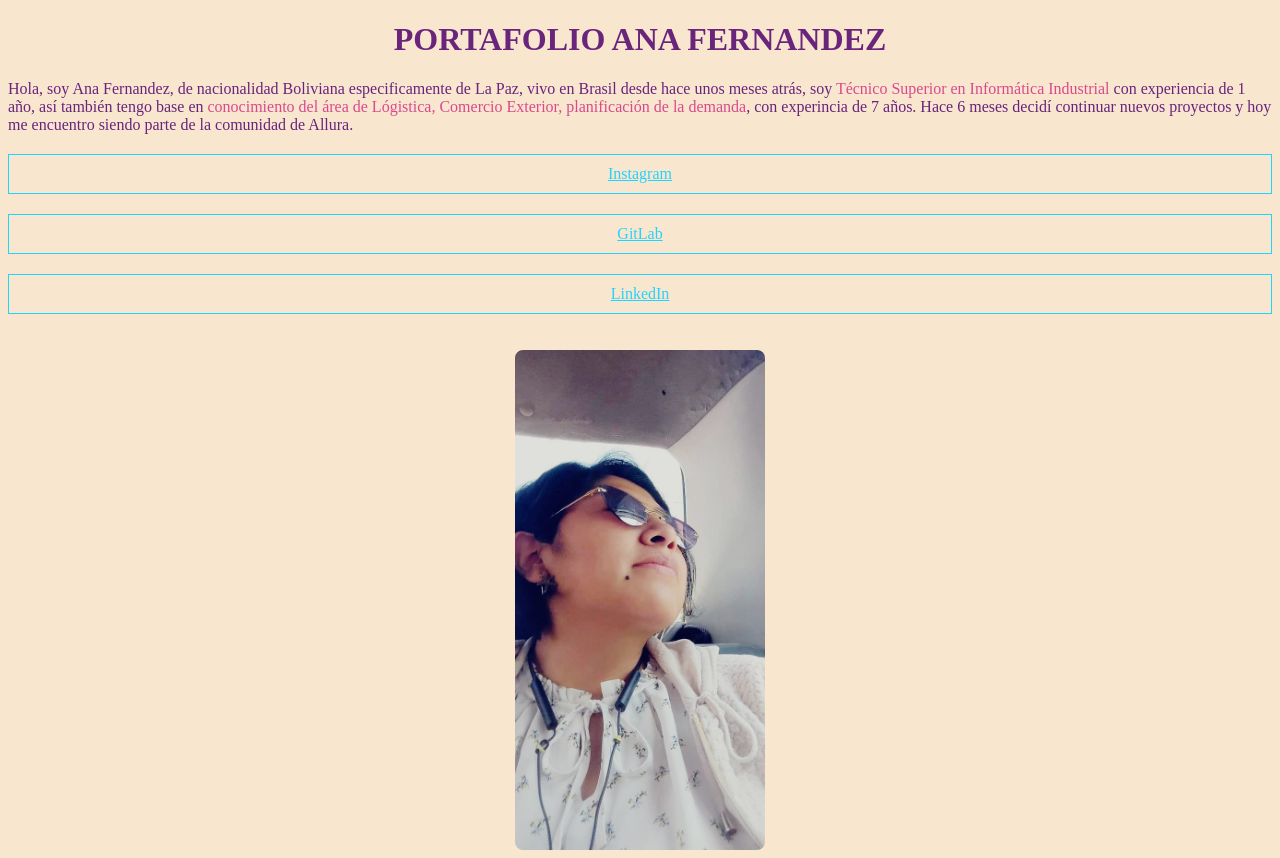
Repository: AnaFzCz/PROYECTOS-HTML---CSS2
Page: Portafolio/index.html
The author's editor kept a copy of each file at every save. The page is drawn from the files as they stood at one save, then again after the next save.
The browser window is 1280 px wide. The pictures show the whole page.

Above is the page before, as saved 2025-01-23 07:34:40.

After the next save:
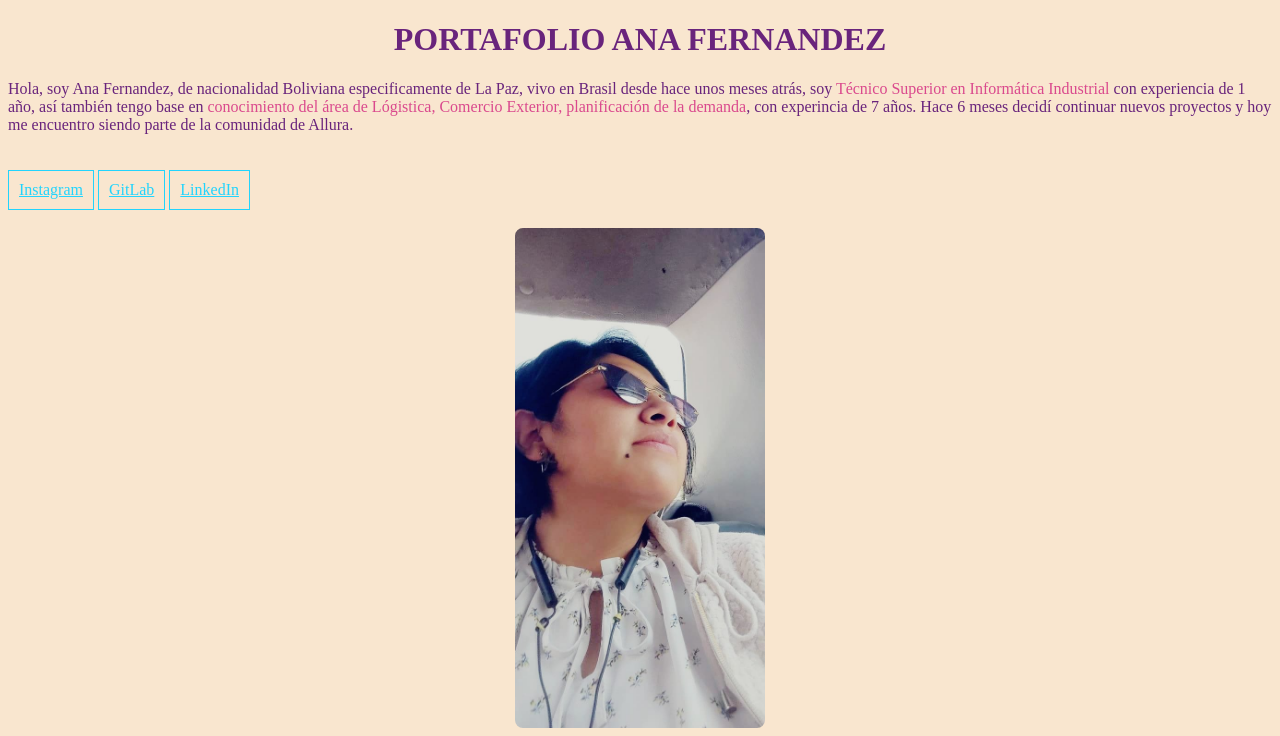
Saved 2 min 22 s later.
--- a/Portafolio/style.css
+++ b/Portafolio/style.css
@@ -33,5 +33,5 @@
     margin-top: 20px;
     display: flex;
     justify-content: center;
-    gap: 10px;
+    display:inline-block;
   }

After the save that followed:
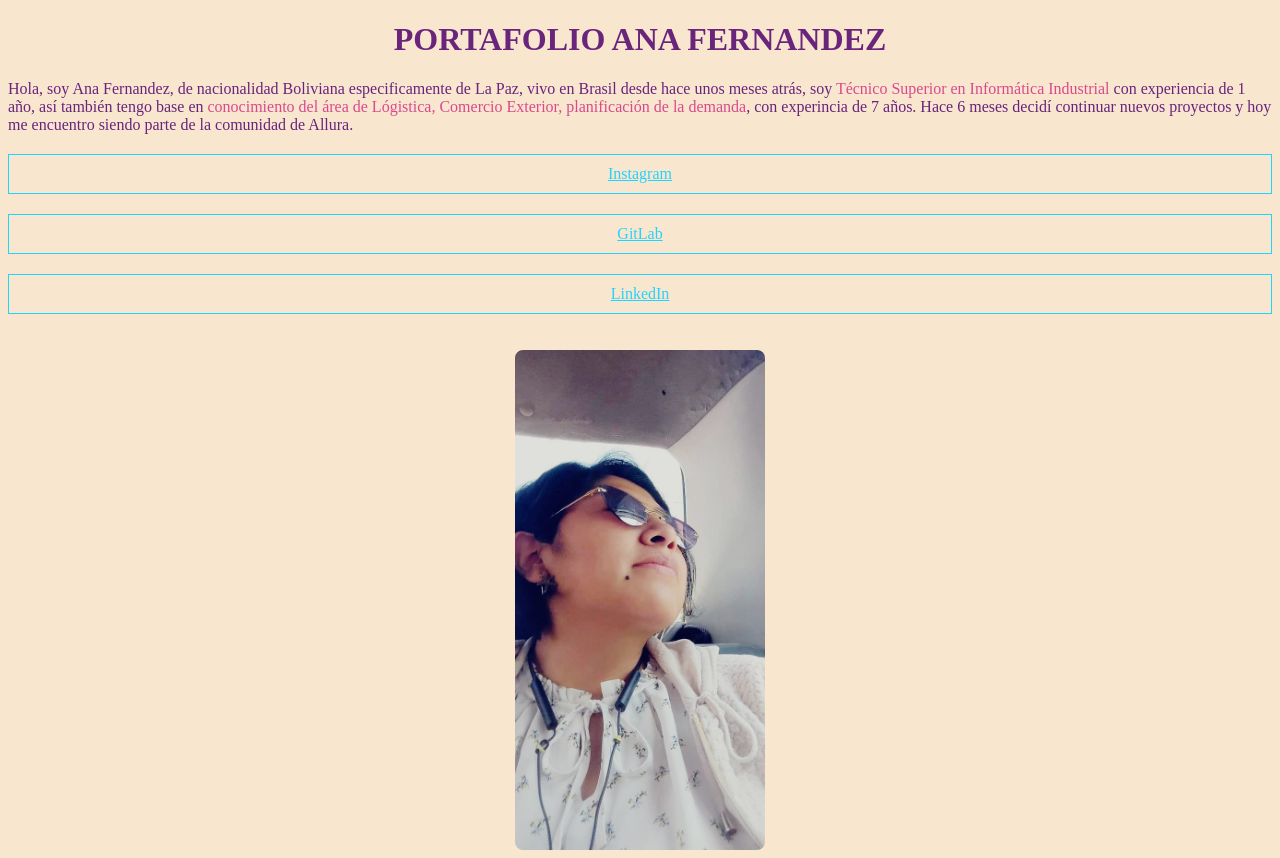
Saved 22 s later.
--- a/Portafolio/style.css
+++ b/Portafolio/style.css
@@ -30,8 +30,9 @@
     transform: scaleX(-1);
   }
   .bot {
+    display:inline-block;
     margin-top: 20px;
     display: flex;
     justify-content: center;
-    display:inline-block;
+
   }
